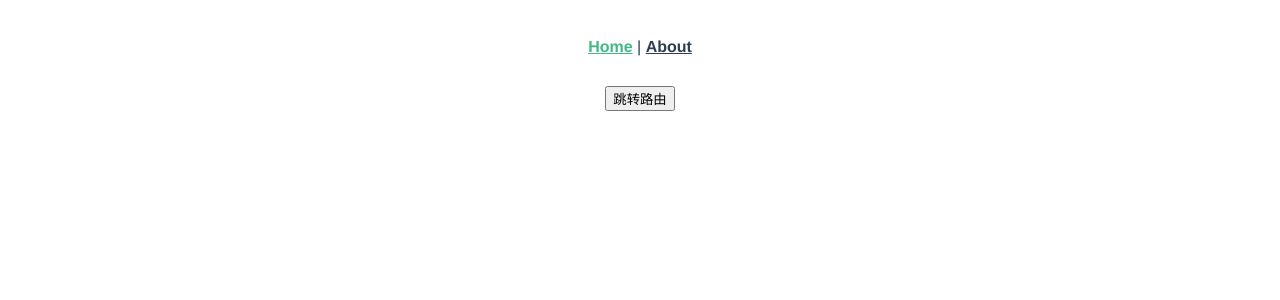
Repository: liuwanyi651/Ninth-vue3-ts
Page: /
The author's editor kept a copy of each file at every save. The page is drawn from the files as they stood at one save, then again after the next save.
The browser window is 1280 px wide. The pictures show the whole page.
The project was rebuilt for these pictures with package versions that can differ from the ones it lists, and the page was loaded fresh each time. Also part of the build but not shown: vue.config.js.

Above is the page before, as saved 2021-02-02 09:53:55.

### src/router/index.ts
import { createRouter, createWebHistory,createWebHashHistory,RouteRecordRaw } from 'vue-router'
import Home from '../views/Home.vue'

const routes: Array<RouteRecordRaw> = [
  {
    path: '/',
    name: 'Home',
    component: Home
  },
  {
    path: '/about',
    name: 'About',
    // route level code-splitting
    // this generates a separate chunk (about.[hash].js) for this route
    // which is lazy-loaded when the route is visited.
    component: () => import(/* webpackChunkName: "about" */ '../views/About.vue')
  }
]

const router = createRouter({
  // history  等同于之前的mode 路由模式
  // createWebHistory:history模式路由
  // createWebHashHistory:hash模式路由 有#/
  history: createWebHistory(process.env.BASE_URL),
  routes
})

export default router

### src/views/Home.vue
<template>
  <div>
    <!--
    {{num}}---{{str }}---{{obj}}
    {{data.name}}---{{data.age}}
    {{name}}---{{age}}
    {{num}}---{{num1}}---{{addNum}}
    <input type="text" v-model="value">
    {{value}}
    <button @click="update">改变</button>
    -->
    {{num}}
    <button @click="goto">跳转路由</button>
  </div>
</template>

<script lang="ts">
// 按需引入
import {defineComponent,ref,reactive,toRefs,watch,watchEffect, computed} from 'vue'
// 路由需要引入两个hooks 函数
import {useRouter} from 'vue-router'



// interface Obj{
//   name:string,
//   age:number
// }

// interface Data{
//   name:string,
//   age:number
// }
export default defineComponent({
  name:'',
  props:{

  },
  components:{

  },
  // 所有的权限
  // setup 相当于 beforeCreate 和 created 这两个生命周期
  setup(){
    // 定义数据
    // 第一种方式：ref只能定义单个数据
    // 第二种方式：reactive
    // 泛型
    // let num = ref<number>(10)
    // let num1 = ref<number>(20)
    // let value = ref<string>('')
    // let str = ref<string>('abc')
    // let obj = ref<Obj>({
    //   name:'jack',
    //   age:20
    // })
        let router =useRouter() //this.$router

        let goto =():void=>{
          // router.push('/about') //跳转路由
          router.push({
            path:'/about',
            query:{
              num:num.value
            }
          })


        }
    // reactive 定义对象类型的数据
    // let data:Data = reactive<Data>({
    //   name:'jack',
    //   age:20
    // })
    // let update =():void =>{
    //   // 要用数据 如果是ref定义的数据 要用数据.value来访问
    //   num.value ++
    //   data.name ='tom'
    //   value.value ='123'
    //   console.log(addNum.value)
    // }

    // 只要用ref或者reactive定义的数据变化，就会执行watchEffect
    // watchEffect返回一个停止监听的函数
    // let stopWatchEffect= watchEffect(()=>{
    //   if(num.value === 5) stopWatchEffect()
    //   console.log('watchEffect')
    //   console.log(num.value)
    // })

    // 监听某一个或者某几个数据

    // let stopWatch=watch(()=>value.value,(val,oldVal)=>{
    //   // console.log(oldVal)
    //   // console.log(val)
    //   if(value.value === '111') stopWatch()
    //   console.log(value.value)
    // })


    // watch(()=>[value.value,num.value],(val,oldVal)=>{
    //   console.log(oldVal)
    //   console.log(val)
    // })

    // let addNum = computed(()=>{
    //   return num.value + num1.value
    // })

    // 所有定义的数据和方法必须return,setup(){}这个函数是有返回值的
    // 在template里面使用的变量才需要 return
    return{
      // num,
      // str,
      // obj,
      // ...toRefs(data),
      // num,
      // data,
      // update,
      // value,
      // addNum
      goto
    }
  }
})
</script>

<style scoped lang="scss">

</style>

Loaded but not shown: public/index.html (common file); src/main.ts (common file); src/App.vue (common file); src/store/index.ts (common file)

After the next save:
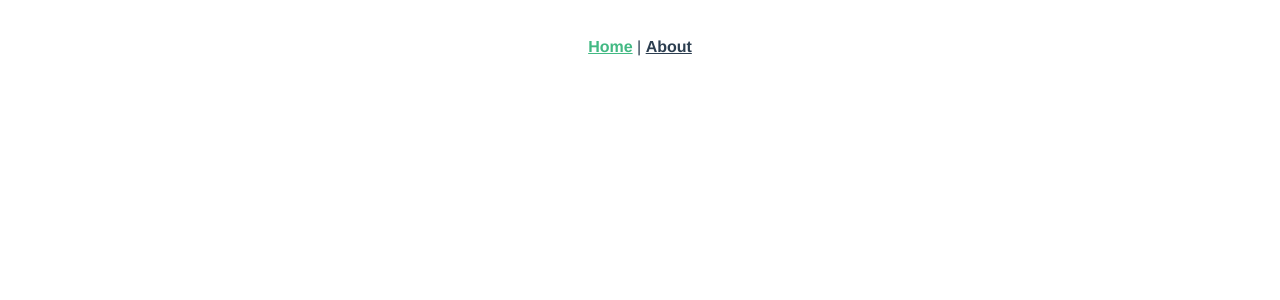
Console error: ReferenceError: num is not defined
Saved 17 s later.
--- a/src/views/Home.vue
+++ b/src/views/Home.vue
@@ -114,7 +114,7 @@
       // str,
       // obj,
       // ...toRefs(data),
-      // num,
+      num,
       // data,
       // update,
       // value,

After the 2 saves that followed:
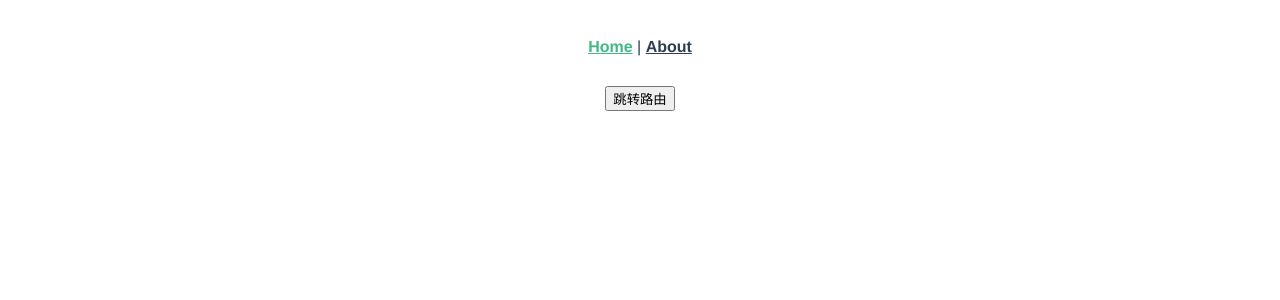
The error is gone.
The 2 saves are shown as one change because 1 left the picture as it was.
The last was saved 15 s later.
--- a/src/views/Home.vue
+++ b/src/views/Home.vue
@@ -114,7 +114,7 @@
       // str,
       // obj,
       // ...toRefs(data),
-      num,
+      // num,
       // data,
       // update,
       // value,
